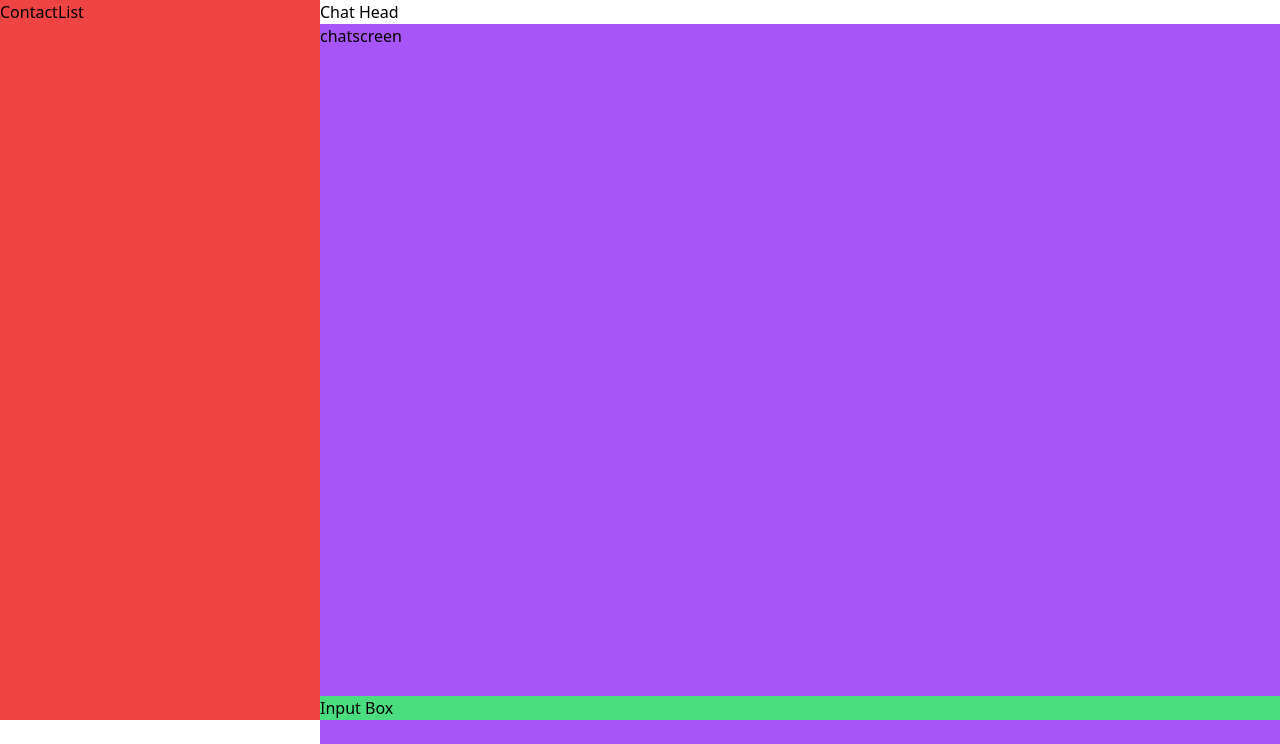
Repository: theanmol-raj/whatsapp
Page: /
An editor plug-in stored every save of this project. The page is shown before and after the next save, followed by the edit.
The browser window is 1280 px wide. The pictures show the whole page.
The project was rebuilt for these pictures with package versions that can differ from the ones it lists, and the page was loaded fresh each time.

Above is the page before, as saved 2022-12-02 22:16:25.

After the next save:
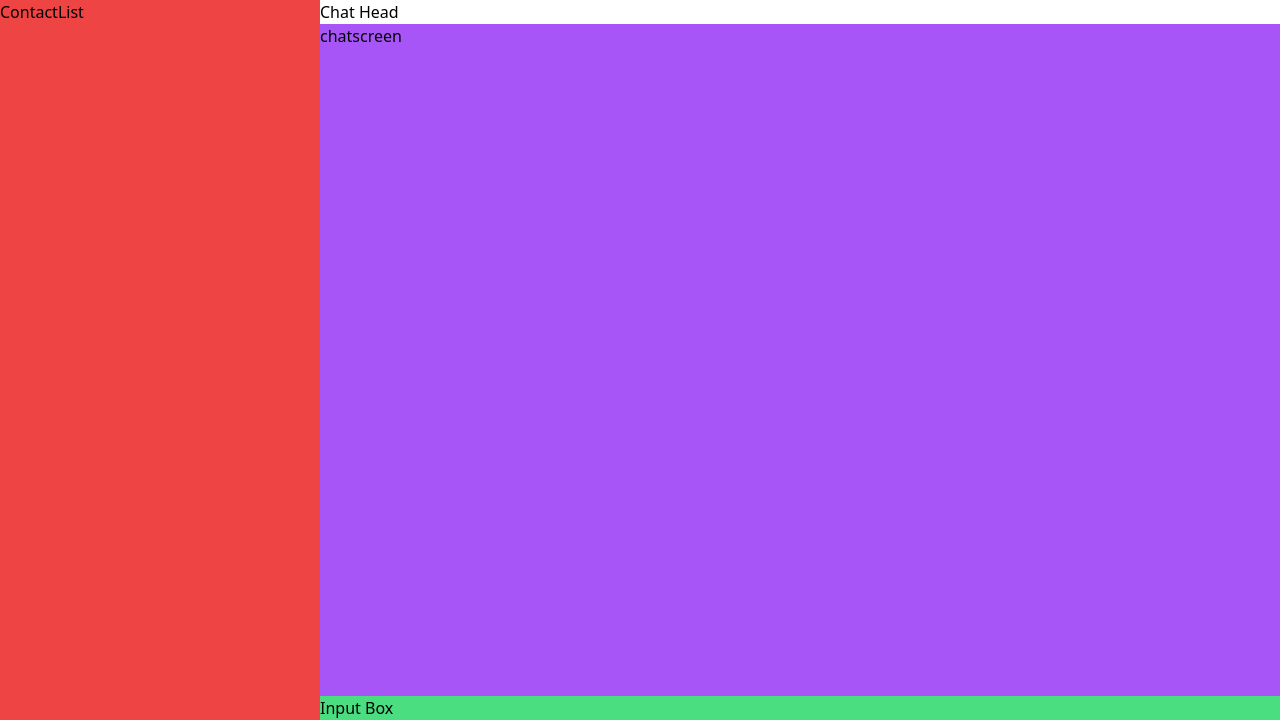
Saved 42 s later.
--- a/src/App.js
+++ b/src/App.js
@@ -3,7 +3,7 @@ import Homescreen from "./Screens/Homescreen";
 function App() {
 
   return (
-    <div className="h-screen w-screen bg-slate-900">
+    <div className="h-screen overflow-y-hidden w-screen bg-slate-900">
       <Homescreen />
       {/* LoginScreen */}
     </div>
